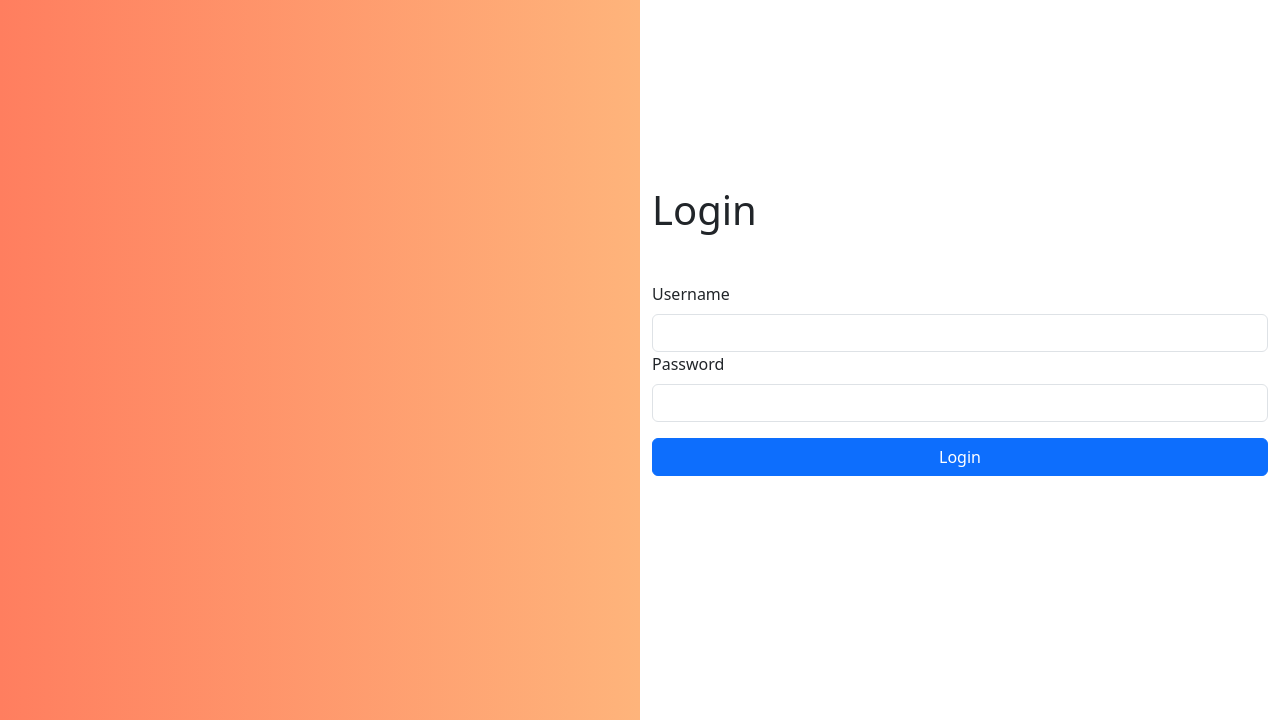
Repository: oboioz/SimpleTodoApp
Page: / (app in SimpleTodoAppFrontEnd/todo-app/)
An editor plug-in stored every save of this project. The page is shown before and after the next save, followed by the edit.
The browser window is 1280 px wide. The pictures show the whole page.
The project was rebuilt for these pictures with package versions that can differ from the ones it lists, and the page was loaded fresh each time.

Above is the page before, as saved 2024-04-03 20:36:08.

### SimpleTodoAppFrontEnd/todo-app/src/App.js
import 'bootstrap/dist/css/bootstrap.min.css';
import './App.css';
import TodoApp from './components/TodoApp';

function App() {
  return (
    <div className="App">
      <TodoApp />
    </div>
  )
}

export default App;

### SimpleTodoAppFrontEnd/todo-app/src/components/TodoApp.jsx
import LoginComponent from "./todo/Login/LoginComponent";

export default function TodoApp() {
    return (
        <div className="todo-app">
            <LoginComponent />
        </div>
    )
}

### SimpleTodoAppFrontEnd/todo-app/src/components/todo/Login/LoginComponent.jsx
import './LoginStyle.css';


function LoginComponent() {

    return (
        <div className="Login container-fluid">
            <div className="row align-items-center">
                <div className="col gradient-background">

                </div>
                <div className="col">

                    <form className="LoginForm">
                        <h1 class="mb-5">Login</h1>
                        <div>
                            <label className="form-label">Username</label>
                            <input type="text" name="username" className="form-control" />
                        </div>
                        <div>
                            <label className="form-label">Password</label>
                            <input type="password" name="password" className="form-control" />
                        </div>

                        <button type="button" name="login" class="btn btn-primary mt-3">Login</button>
                    </form>
                </div>
            </div>
        </div>

    )

}

export default LoginComponent;

### SimpleTodoAppFrontEnd/todo-app/src/components/todo/Login/LoginStyle.css
.row {
    display: flex;
    justify-content: center;
    align-items: center;
    height: 100vh;
}

.LoginForm {
    display: flex;
    flex-direction: column;
    text-align: left;
    justify-content: left;
    align-items: left;
    margin-top: -8vh;
}

.img {
    width: '100%';
    height: '100%';
    object-fit:'cover';
}

.gradient-background {
    background: linear-gradient(to right, #ff7e5f, #feb47b);
    height: 100%;
}

Loaded but not shown: SimpleTodoAppFrontEnd/todo-app/public/index.html (common file); SimpleTodoAppFrontEnd/todo-app/src/index.js (common file); SimpleTodoAppFrontEnd/todo-app/src/index.css (common file); SimpleTodoAppFrontEnd/todo-app/src/reportWebVitals.js (common file); SimpleTodoAppFrontEnd/todo-app/src/App.css (common file)

After the next save:
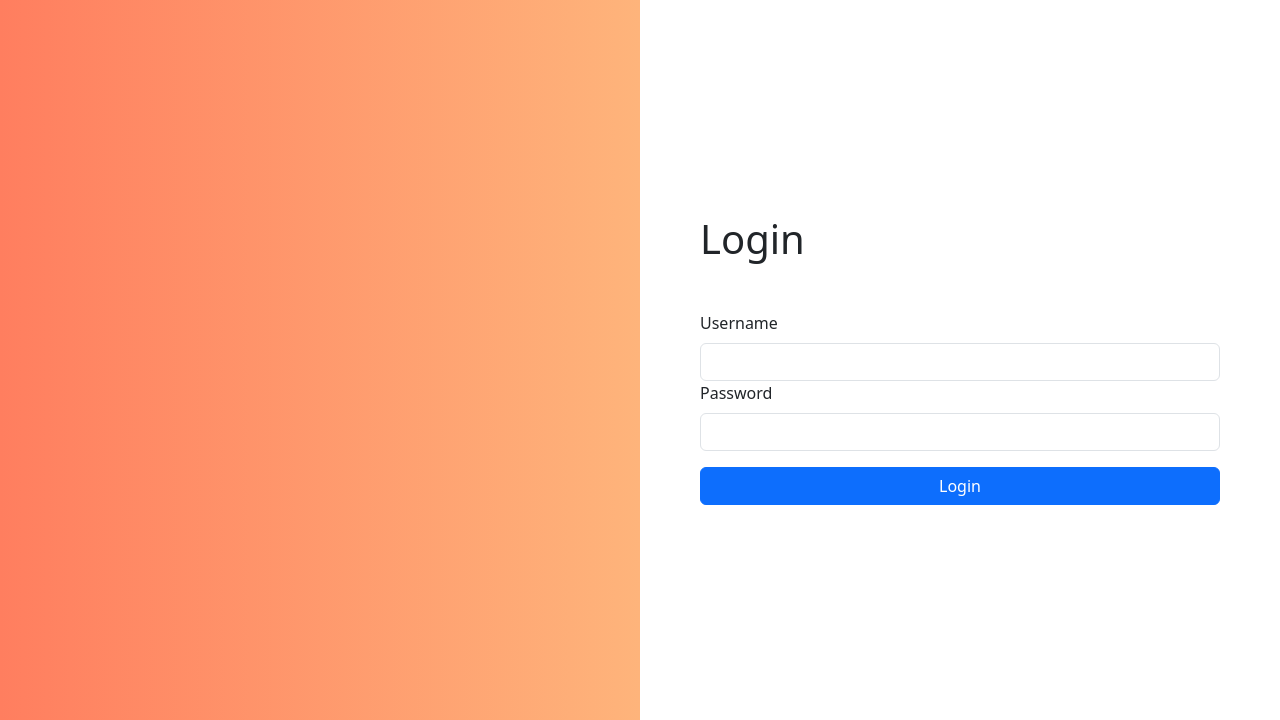
Saved 26 s later.
--- a/SimpleTodoAppFrontEnd/todo-app/src/components/todo/Login/LoginComponent.jsx
+++ b/SimpleTodoAppFrontEnd/todo-app/src/components/todo/Login/LoginComponent.jsx
@@ -11,7 +11,7 @@ function LoginComponent() {
                 </div>
                 <div className="col">
 
-                    <form className="LoginForm">
+                    <form className="LoginForm m-5">
                         <h1 class="mb-5">Login</h1>
                         <div>
                             <label className="form-label">Username</label>
